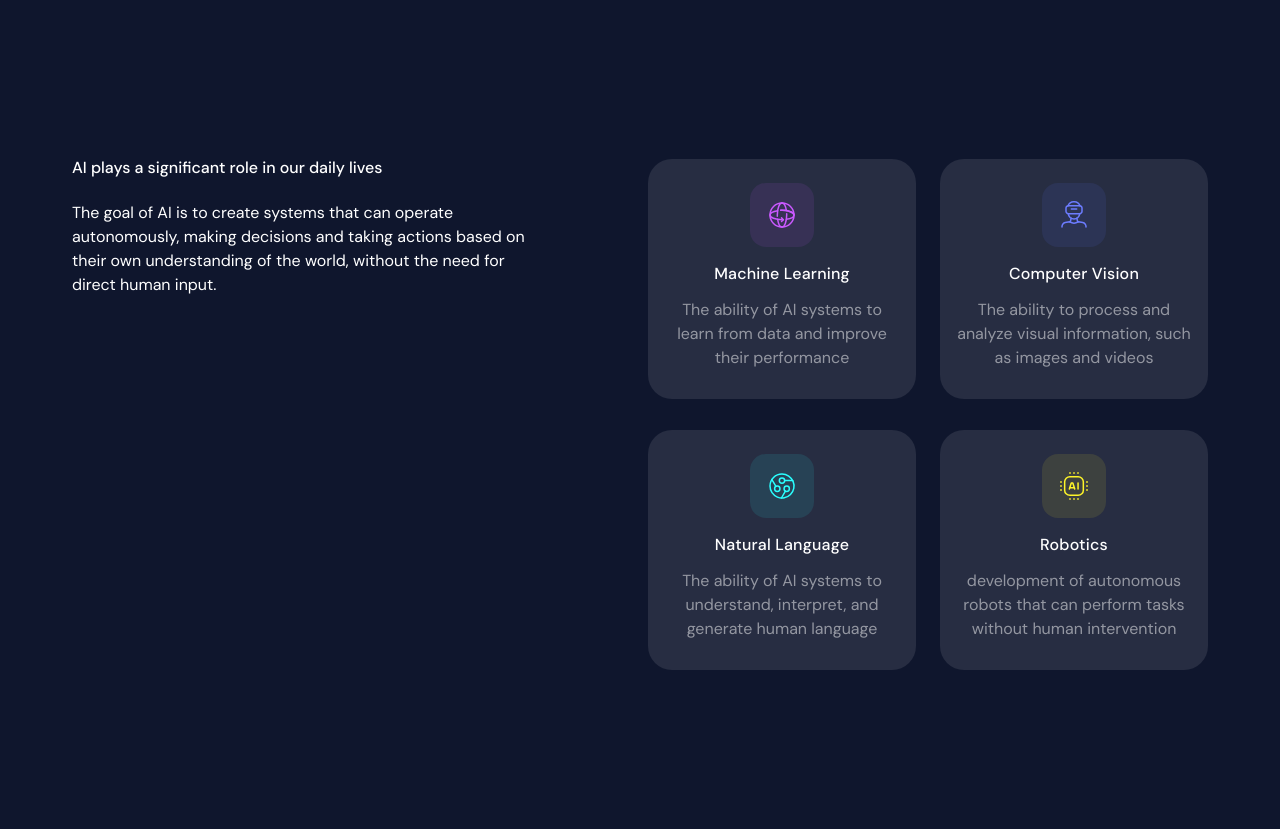
Repository: alphatra/INVO-Academy
Page: / (app in [lvl 1] Sekcja 4 obszarów AI/Starter-code/)
These files come from the project's save history. The page is drawn as it stood at one moment and after the next save; the edit follows.
The browser window is 1280 px wide. The pictures show the whole page.
The project was rebuilt for these pictures with package versions that can differ from the ones it lists, and the page was loaded fresh each time.

Above is the page before, as saved 2023-03-24 17:40:38.

### [lvl 1] Sekcja 4 obszarów AI/Starter-code/index.html
<!DOCTYPE html>
<html lang="en">

<head>
  <meta charset="UTF-8" />
  <link rel="icon" type="image/svg+xml" href="/vite.svg" />
  <meta name="viewport" content="width=device-width, initial-scale=1.0" />
  <title>INVO Academy JS Starter with Vite</title>
</head>

<body>
  <section class="hero">
    <div class="hero__header">
      <div class="hero__title"><span>AI plays a significant role in our daily lives</span></div>
      <div class="hero__description">
        <span>
          The goal of AI is to create systems that can operate
          autonomously, making decisions and taking actions based on
          their own understanding of the world, without the need for direct human input.
        </span>
      </div>
    </div>
    <div class="hero__categories">
      <div class="hero__category">
        <div class="hero__category-image">
          <img src="/public/images/ML.svg" alt="Machine Learning">
        </div>
        <div class="hero__category-title">
          <span>Machine Learning</span></div>
        <div class="hero__category-description">
          <span>The ability of AI systems to learn from data and improve their performance</span></div>
      </div>
      <div class="hero__category">
        <div class="hero__category-image">
          <img src="/public/images/CV.svg" alt="Computer Vision">
        </div>
        <div class="hero__category-title">
          <span>Computer Vision</span></div>
        <div class="hero__category-description">
          <span>The ability to process and analyze visual information, such as images and videos</span></div>
      </div>
      <div class="hero__category">
        <div class="hero__category-image">
          <img src="/public/images/NL.svg" alt="Natural Language">
        </div>
        <div class="hero__category-title">
          <span>Natural Language</span></div>
        <div class="hero__category-description">
          <span> The ability of AI systems to understand, interpret, and generate human language</span></div>
      </div>
      <div class="hero__category">
        <div class="hero__category-image">
          <img src="/public/images/AI.svg" alt="Robotics">
        </div>
        <div class="hero__category-title">
          <span>Robotics</span></div>
        <div class="hero__category-description">
          <span>development of autonomous robots that can perform tasks without human intervention</span></div>
      </div>
    </div>
  </section>


  <script type="module" src="/src/global-scripts/main.js"></script>
  <script type="module" src="/src/pages/home-page/scripts/home-page.js"></script>
</body>

</html>

### [lvl 1] Sekcja 4 obszarów AI/Starter-code/src/pages/home-page/scripts/home-page.js
/// Homepage JavaScript File
/// Here we import all the JavaScript files we need for our homepage.

import '../styles/home-page.scss'

import { setupCounter } from '../../../global-scripts/scripts/counter/counter.js'

### [lvl 1] Sekcja 4 obszarów AI/Starter-code/src/global-styles/style.scss
/// Main Styles File
/// Here we import all the global Styles files we need for our project.

@import "styles/normalize.scss";
@import "styles/root.scss";
@import "styles/fonts.scss";

body {
  font-family: 'Roboto', sans-serif;
  color: var(--color-primary);
}

p {
  color: var(--color-on-surface);
}

### [lvl 1] Sekcja 4 obszarów AI/Starter-code/src/pages/home-page/styles/home-page.scss
:root{
    --color-background: rgb(15, 22, 45);
    --color-category: rgb(39, 45, 66);
    --text-color: rgb(255, 255, 255);
    --text-sec-color:rgba(255, 255, 255, 0.5);
    --text-header__title-size: 48px;
    --text-header__title-line-height: 56px;
    --text-header__title-letter-spacing: 0.008em;
    --header-margin-bottom: 24px;
    --text-header__description-size: 16px;
    --text-header__description-line-height: 24px;
    --font-family: 'DM Sans', sans-serif;
    --font-weight-main: 500;
    --font-weight-sub: 400;
    --font-style-main: normal;
    --gap: 109px;
    --margin: 159px auto;
    --padding-hero: 0 16px;
    --padding-category: 24px 0;
    --category-width: 268px;
    --category-height: 240px;
    --category-title-size: 20px;
    --category-description-size: 16px;
    --catrogry-image-size: 56px;
    --border-radius: 24px;
    --row-gap: 31px;
    --column-gap: 24px;
}

body {
    background-color: var(--color-background);
}

h1,p,span {
    font-family: var(--font-family);
    color: var(--text-color);

    font-style: var(--font-style-main);
}

.hero {
    max-width: 1136px;
    margin: var(--margin);
    padding: var(--padding-hero);
    display: flex;
    justify-content: center;
    gap: var(--gap);
    align-items: flex-start;


    &__header {
        display: flex;
        flex-wrap: wrap;
        max-width: 467px;
    }

    &__title {
        margin-block-start: 0;
        font-size: var(--text-header__tittle-size);
        line-height: var(--text-header__tittle-line-height);
        font-weight: var(--font-weight-main);
        letter-spacing: var(--text-header__tittle-letter-spacing);
        margin-bottom: var(--header-margin-bottom);
    }

    &__description {
        font-size: var(--text-header__description-size);
        line-height: var(--text-header__description-line-height);
        font-weight: var(--font-weight-sub);
    }

    &__categories {
        display: grid;
        flex-wrap: wrap;
        grid-template-columns: repeat(2, minmax(45%, 1fr));
        column-gap: var(--column-gap);
        row-gap: var(--row-gap);
        text-align: center;

    }
    &__category {

        padding: var(--padding-category);
        display: flex;
        flex-direction: column;
        gap: 14px;
        box-sizing: border-box;
        width: var(--category-width);
        min-height: var(--category-height);
        background: var(--color-category);
        border-radius: var(--border-radius);
        transition: box-shadow 0.2s ease-in-out;
        align-content: start;

        &-image {

        }

        &-title {
            font-size: var(category-title-size);
            font-weight: var(--font-weight-main);
            letter-spacing: 0.2px;

        }

        &-description {
            font-size: var(--category-description-size);
            font-weight: var(--font-weight-sub);
            line-height: 24px;
            padding: 0 16px;
            opacity: 0.5;
        }
    }
}

@media only screen and (min-width: 768px) and (max-width: 959px){
    .hero{
        max-width: 496px;
        margin:247px auto;
        flex-direction: column;
        gap: 0;
        &__header{
            align-self: center;
            max-width: 496px;
        }
        &__title{
            margin-bottom: 16px;
        }
        &__description{
            margin-bottom: 24px;
        }
        &__categories{
            max-width: 496px;
            align-self: center;
            gap: 16px;
        }
        &__category{
            padding: 20px 0;
            width: 240px;
            min-height: 218px;
            border-radius: 20px;
            &-image > img{
                width: 56px;
                height: 56px;
            }
            &-title{
                font-size: 20px;
            }
            &-description{
                font-size: 14px;
                line-height: 22px;
            }
        }
    }
}

@media only screen and (max-width: 767px){
    .hero{
        max-width: 343px;
        margin: 48px auto;
        flex-direction: column;
        gap: 0;
        &__header{
            align-self: center;
            max-width: 496px;
        }
        &__title{
            font-size: 32px;
            line-height: 40px;
            margin-bottom: 16px;
        }
        &__description{
            font-size: 16px;
            margin-bottom: 24px;
        }
        &__categories{
            max-width: 496px;
            margin-left: 0;
            align-self: center;
            gap: 16px;
            grid-template-columns: repeat(1, 1fr);
        }
        &__category{
            border-radius: 20px;
            padding: 20px 0;
            width: 343px;
            min-height: 196px;
            &-image > img{
                width: 56px;
                height: 56px;
            }
            &-title{
                font-size: 20px;
            }
            &-description{
                font-size: 14px;
                line-height: 22px;
                padding: 0 20px;
            }
        }
    }
}
@media only screen and (max-width: 375px){
    .hero{
        max-width: 100%;
        margin: 48px auto;
;
        &__header{
            max-width: 100%;
        }
        &__title{
            line-height: 32px;

        }
        &__description{

        }
        &__categories{
            max-width: 100%;
            align-self: center;
            gap: 1em;
            grid-template-columns: repeat(1, 1fr);
        }
        &__category{
            border-radius: 20px;
            padding: 12px 0;
            width: 100%;

            &-image > img{
                width: 54px;
                height: 54px;
            }
            &-title{
            }
            &-description{
                line-height: 18px;
                padding: 0 16px;
            }
        }
    }
}

### [lvl 1] Sekcja 4 obszarów AI/Starter-code/src/global-scripts/scripts/counter/counter.js
/// Sample js file for demo purposes
/// Remember to always export your functions
/// so that they can be used in other files

export function setupCounter(element) {
  let counter = 0
  const setCounter = (count) => {
    counter = count
    element.innerHTML = `script test - count is ${counter}`
  }
  element.addEventListener('click', () => setCounter(counter + 1))
  setCounter(0)
}

### [lvl 1] Sekcja 4 obszarów AI/Starter-code/src/global-styles/styles/root.scss
/// Root Styles file
/// Here we define all the root variables we need for our project.
/// For examples see Material Design color system: https://m2.material.io/design/color/the-color-system.html

:root {
    --color-primary: #5721f2;
    --color-on-surface: #000;
}

### [lvl 1] Sekcja 4 obszarów AI/Starter-code/src/global-styles/styles/fonts.scss
/// Main Fonts File
/// Here we import all the fonts files we need for our project.

@import url('https://fonts.googleapis.com/css2?family=Roboto:ital,wght@0,100;0,300;0,400;0,500;0,700;0,900;1,100;1,300;1,400;1,500;1,700;1,900&display=swap');
@import url('https://fonts.googleapis.com/css2?family=DM+Sans:wght@400;500&display=swap');

Loaded but not shown: [lvl 1] Sekcja 4 obszarów AI/Starter-code/src/global-scripts/main.js (common file); [lvl 1] Sekcja 4 obszarów AI/Starter-code/src/global-styles/styles/normalize.scss (common file)

After the next save:
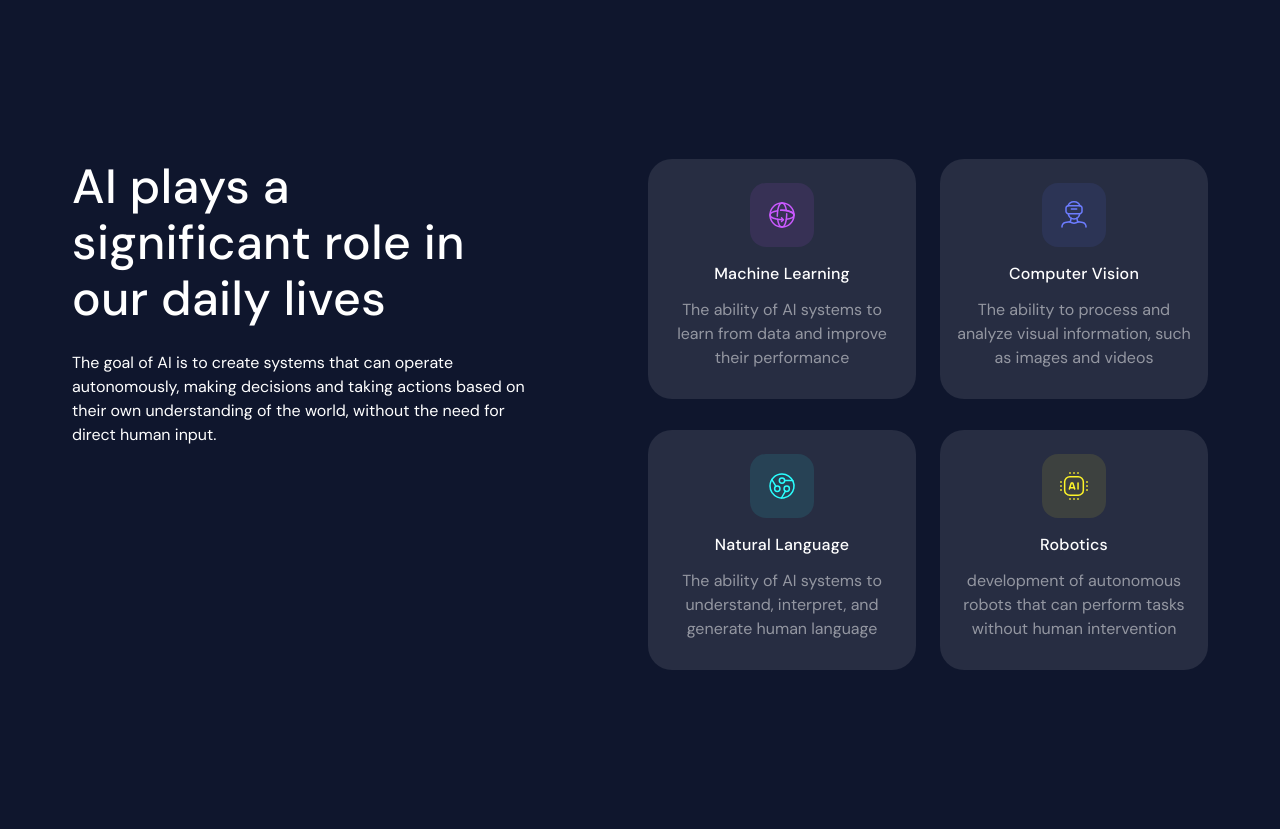
Saved 33 s later.
--- a/[lvl 1] Sekcja 4 obszarów AI/Starter-code/src/pages/home-page/styles/home-page.scss
+++ b/[lvl 1] Sekcja 4 obszarów AI/Starter-code/src/pages/home-page/styles/home-page.scss
@@ -56,10 +56,10 @@ h1,p,span {
 
     &__title {
         margin-block-start: 0;
-        font-size: var(--text-header__tittle-size);
-        line-height: var(--text-header__tittle-line-height);
+        font-size: var(--text-header__title-size);
+        line-height: var(--text-header__title-line-height);
         font-weight: var(--font-weight-main);
-        letter-spacing: var(--text-header__tittle-letter-spacing);
+        letter-spacing: var(--text-header__title-letter-spacing);
         margin-bottom: var(--header-margin-bottom);
     }
 
